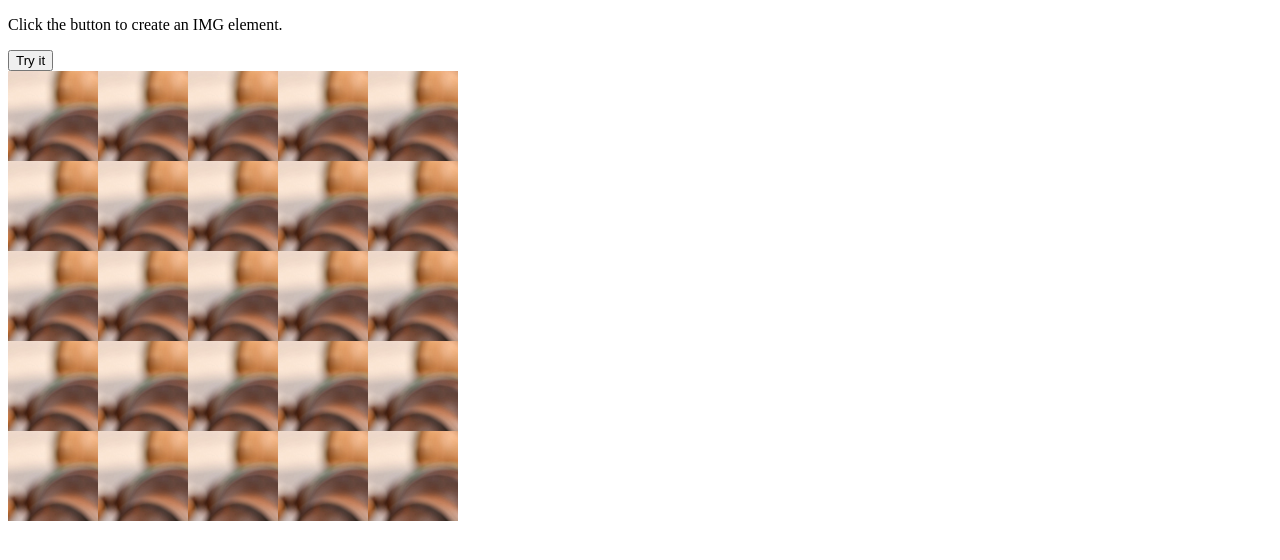
Repository: rashmikagamage/puzzle-vanila-js
Page: index.html
These files come from the project's save history. The page is drawn as it stood at one moment and after the next save; the edit follows.
The browser window is 1280 px wide. The pictures show the whole page.
After loading, the first visible `button` was clicked once.

Above is the page before, as saved 2020-08-05 21:12:20.

After the next save:
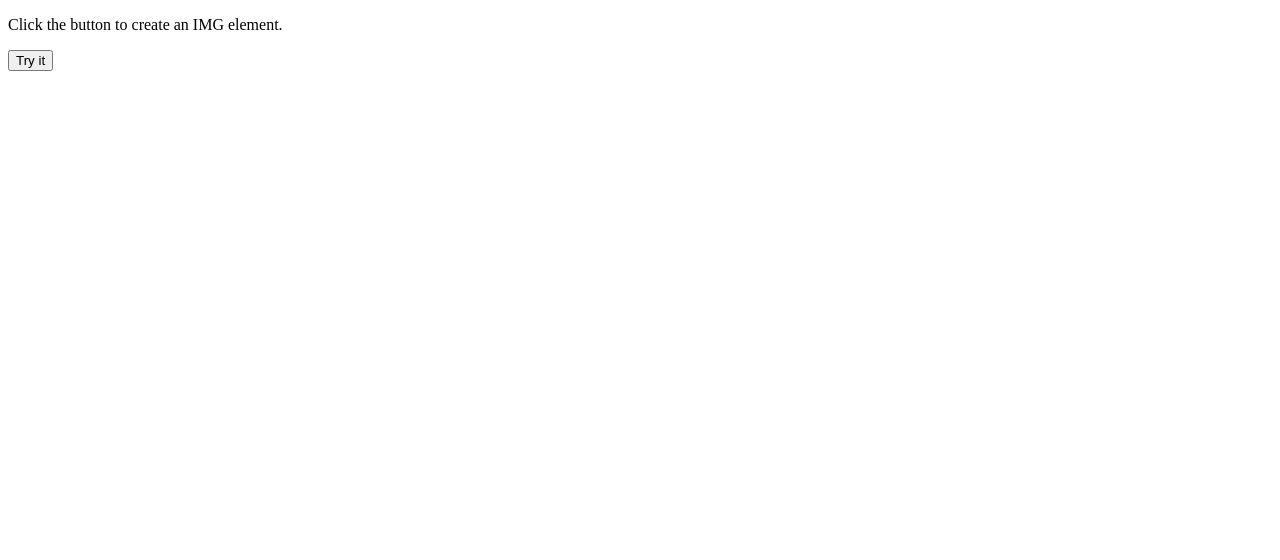
Console error: ReferenceError: xPosition is not defined
Saved 4 min 46 s later.
--- a/function.js
+++ b/function.js
@@ -5,9 +5,8 @@
     let grid = "";
     let row = num;
     let col = num;
-    let idCount = 0
-    let xPosition = 20;
-    let yPosition = 0;
+    let idCount = 0;
+    let yPosition = 20;
 
     for (let i = 0; i < num; i++) {
         grid = grid + cellSize + " ";
@@ -17,8 +16,9 @@
 
     for (let i = 0; i < row; i++) {
 
+        //let yPosition = 0;
+
         for (let j = 0; j < col; j++) {
-
 
             var x = document.createElement("div");
             x.style.width = cellSize;
@@ -26,8 +26,9 @@
             x.style.backgroundImage = "url('./chess.jpg')"
             x.style.backgroundPosition = xPosition + "% " + yPosition + "%"
             x.id = "img" + idCount;
-            console.log(idCount)
             document.getElementById("imgContainer").appendChild(x);
+            // yPosition = yPosition + (100/num);
         }
+        // xPosition = xPosition + (100/num);
     }
 }

After the save that followed:
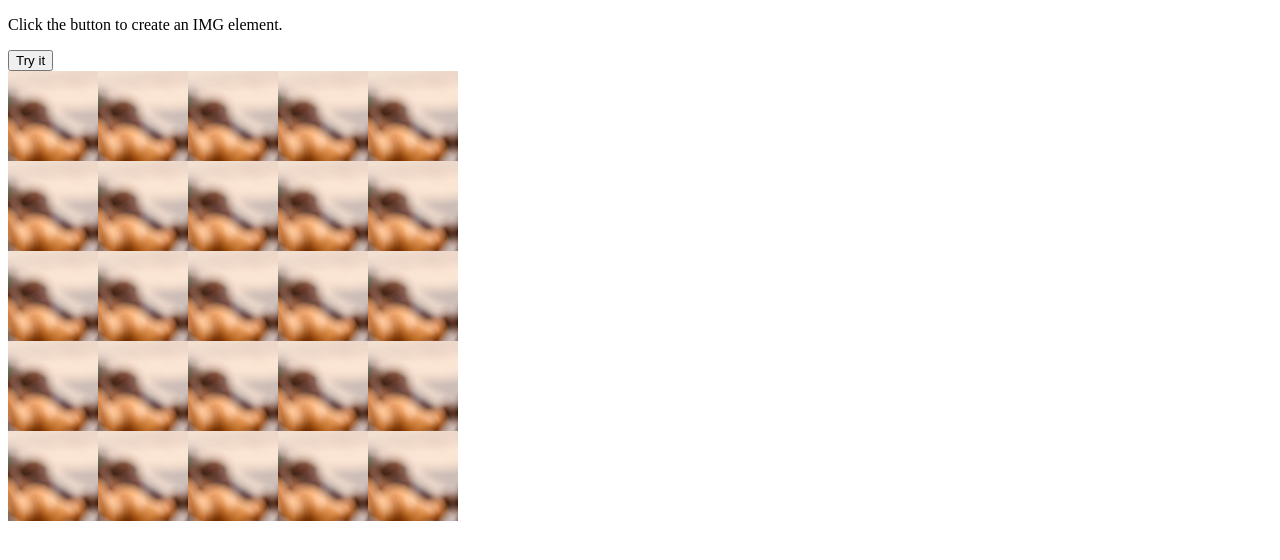
The error is gone.
Saved 43 s later.
--- a/function.js
+++ b/function.js
@@ -5,7 +5,8 @@
     let grid = "";
     let row = num;
     let col = num;
-    let idCount = 0;
+    let idCount = 0
+    let xPosition = 0;
     let yPosition = 20;
 
     for (let i = 0; i < num; i++) {
@@ -16,7 +17,7 @@
 
     for (let i = 0; i < row; i++) {
 
-        //let yPosition = 0;
+        let yPosition = 0;
 
         for (let j = 0; j < col; j++) {
 
